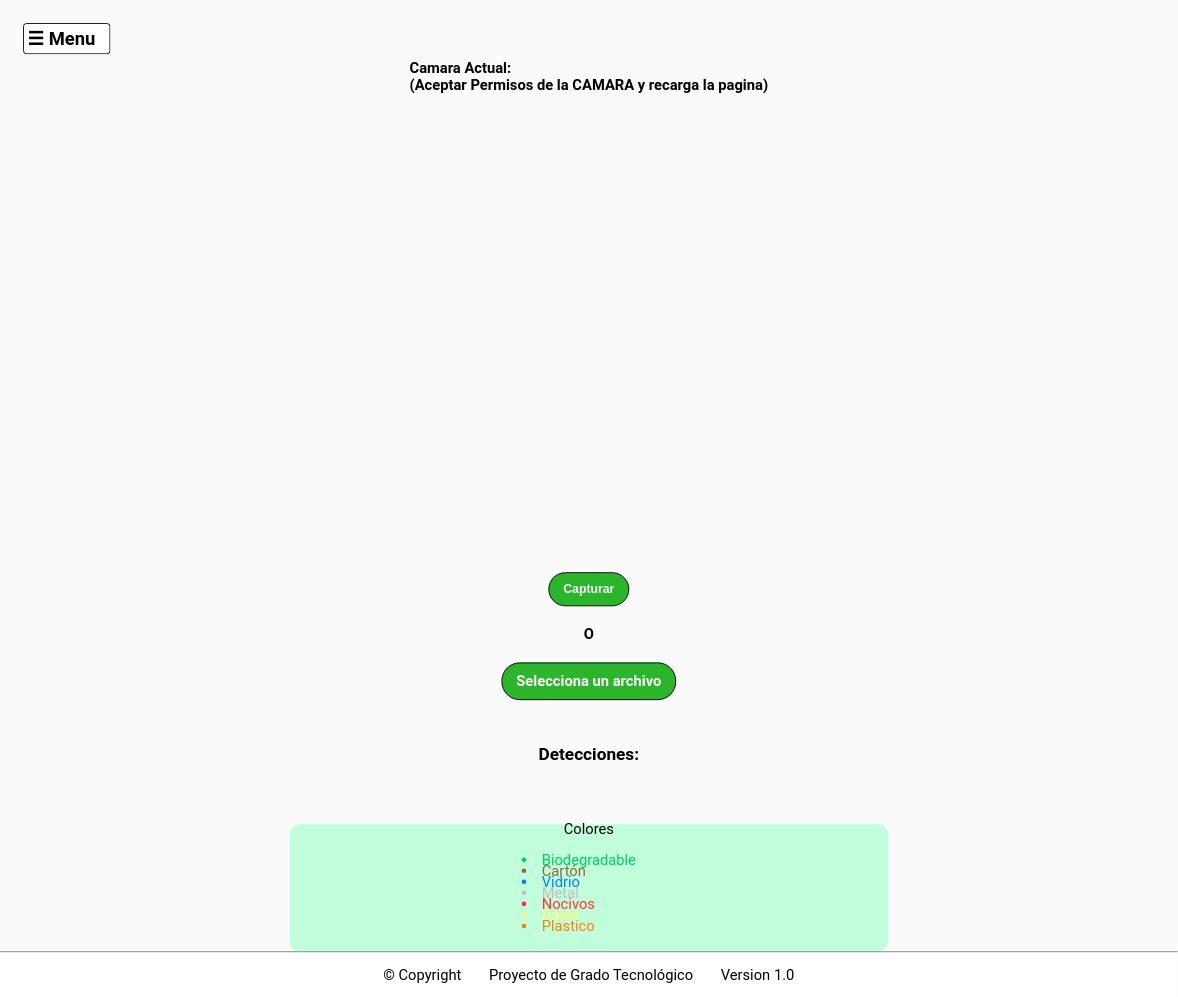
Repository: castecabas/Recicladora
Page: http://localhost/model
An editor plug-in stored every save of this project. The page is shown before and after the next save, followed by the edit.
The browser window is 1280 px wide. The pictures show the whole page, at 92% of full size.
Pictures or frames that could not be fetched are drawn as grey boxes. The page is served by the project's application, run on Flask 3 (src/index.py).

Above is the page before, as saved 2024-12-22 20:29:17.

After the next save:
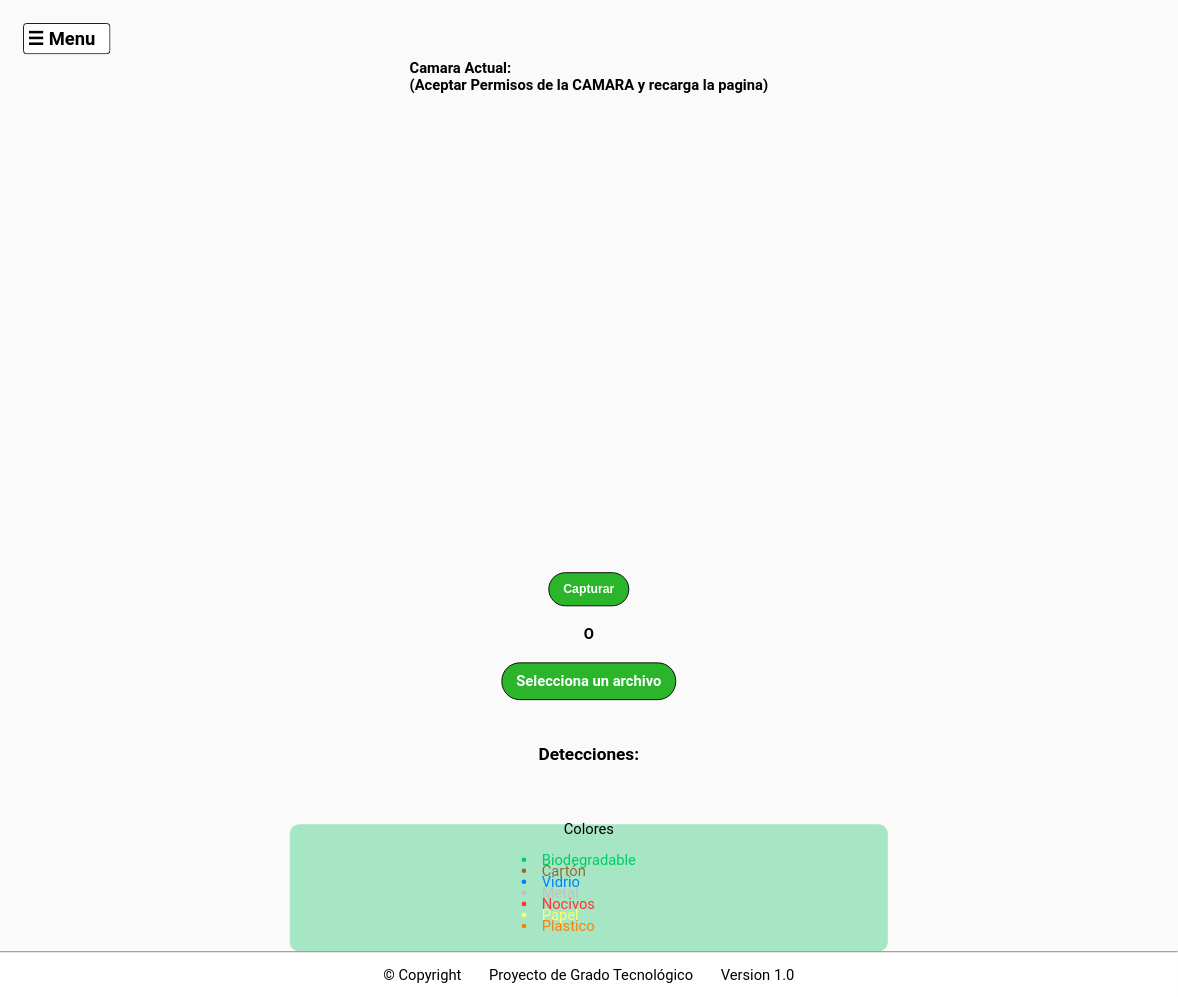
Saved 9 s later.
--- a/src/static/css/model.css
+++ b/src/static/css/model.css
@@ -320,7 +320,7 @@
 
 div.colors{
     line-height: 2px;
-    background: rgba(179, 255, 213, 0.8);
+    background: rgba(147, 226, 183, 0.8);
     border-radius: 10px;
 
     .bio{

After the save that followed:
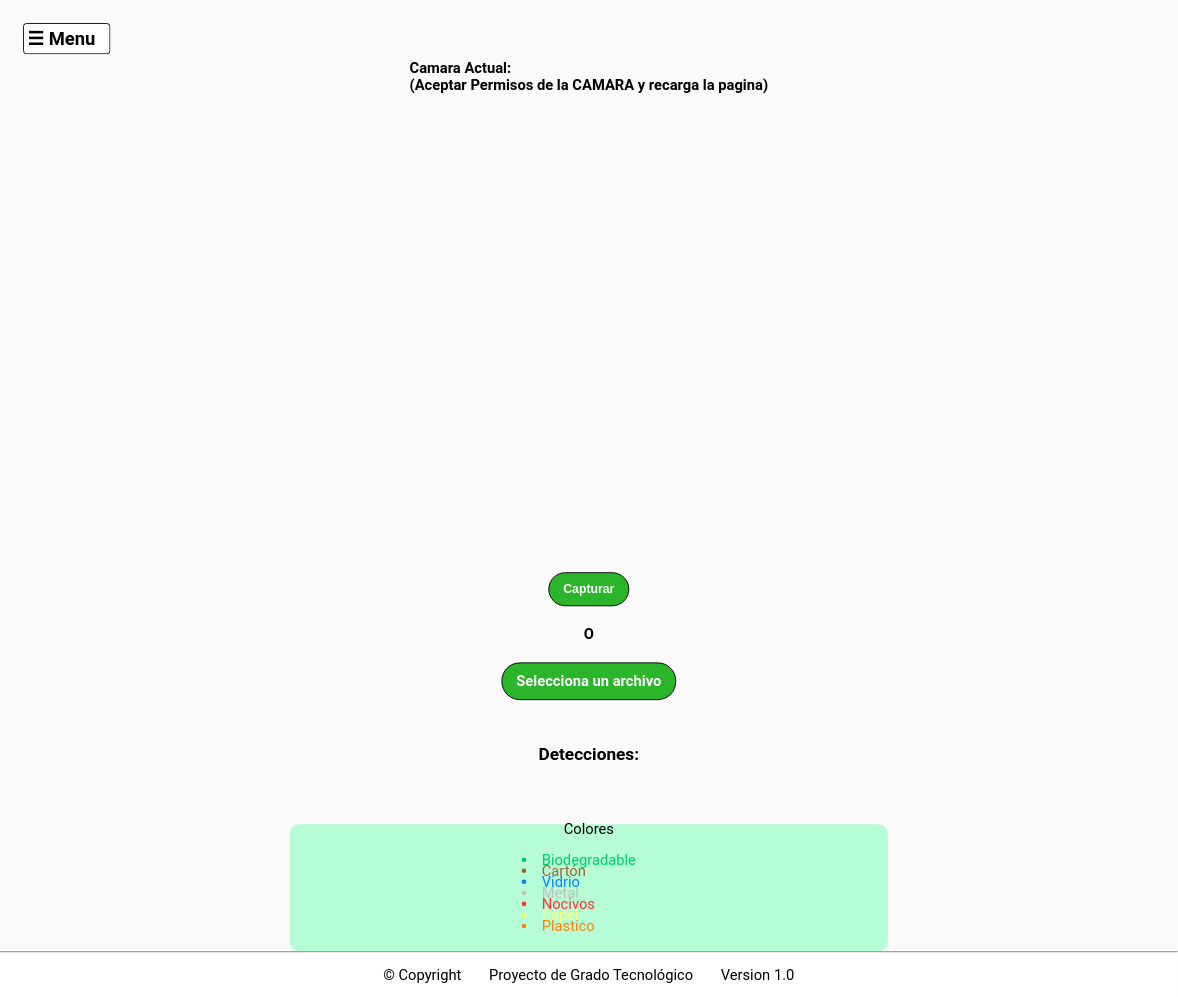
Saved 8 s later.
--- a/src/static/css/model.css
+++ b/src/static/css/model.css
@@ -320,7 +320,7 @@
 
 div.colors{
     line-height: 2px;
-    background: rgba(147, 226, 183, 0.8);
+    background: rgba(165, 253, 205, 0.8);
     border-radius: 10px;
 
     .bio{
